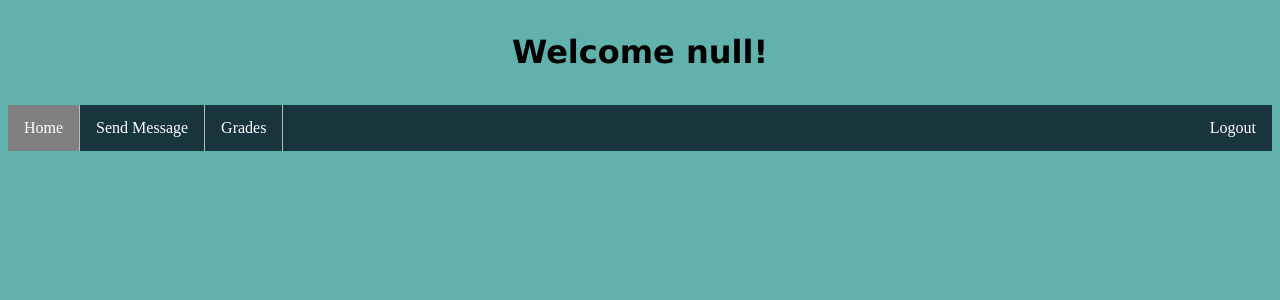
Repository: orsolyanemet/WebProject
Page: http://localhost/Project/userhome.jsp
These files come from the project's save history. The page is drawn as it stood at one moment and after the next save; the edit follows.
The browser window is 1280 px wide. The pictures show the whole page.
The page is served by Tomcat 9. Nobody is signed in. The application's start-up code is not run.

Above is the page before, as saved 2018-06-11 20:32:57.

After the next save:
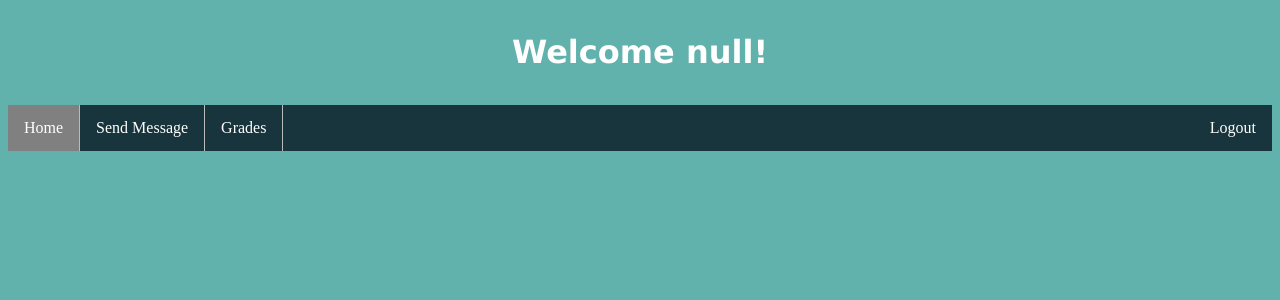
Saved 39 s later.
--- a/Project/WebContent/styles/userhome.css
+++ b/Project/WebContent/styles/userhome.css
@@ -4,7 +4,7 @@
 	background-color: #61b1ad;
 }
 h1 {
-	font-color: white;
+	color: white;
 	text-align: center;
 	font-family: Verdana;
 	padding: 12px 20px;

After the save that followed:
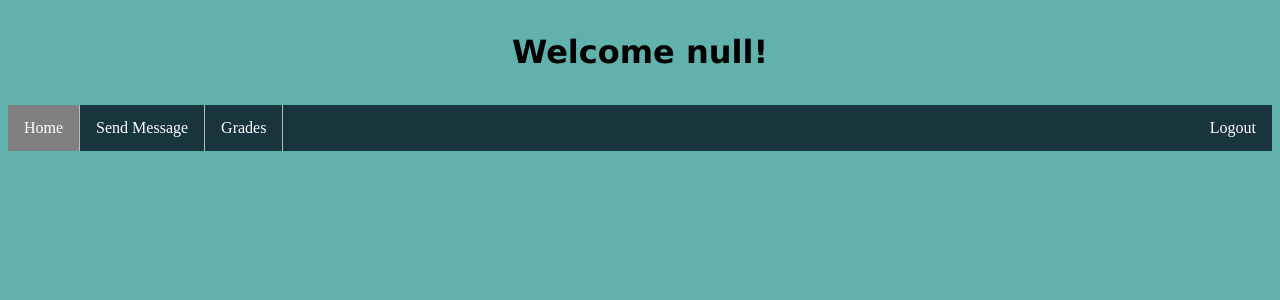
Saved 14 s later.
--- a/Project/WebContent/styles/userhome.css
+++ b/Project/WebContent/styles/userhome.css
@@ -4,7 +4,6 @@
 	background-color: #61b1ad;
 }
 h1 {
-	color: white;
 	text-align: center;
 	font-family: Verdana;
 	padding: 12px 20px;
